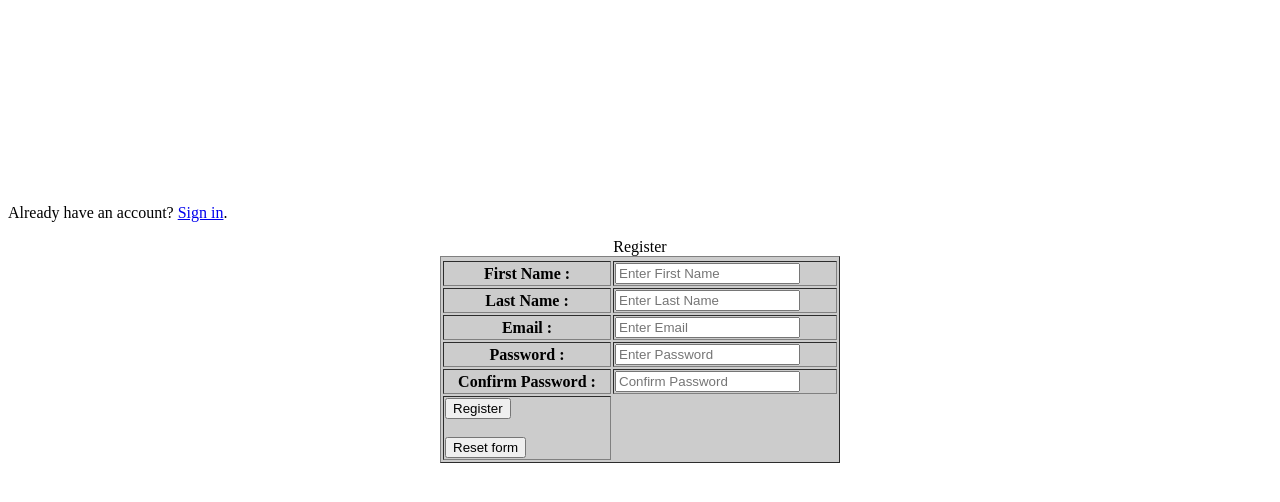
Repository: 1919satya/Mode2
Page: sample/sample/WebContent/sample.html
The author's editor kept a copy of each file at every save. The page is drawn from the files as they stood at one save, then again after the next save.
The browser window is 1280 px wide. The pictures show the whole page.

Above is the page before, as saved 2019-10-09 10:16:27.

### sample/sample/WebContent/sample.html
<!DOCTYPE html>
<html>
<head>
<meta charset="ISO-8859-1">
<title>Insert title here</title>
</head>
<body>

<form >
<div class="container">
<table border="1" align="center" width="400" bgcolor="#CCCCCC" >

  <tr>
    <caption>Register</caption>
    <th>First Name :</th>
   <td><input type="text" placeholder="Enter First Name" name="firstName"  required></td><br/><br/>
   </tr>

   <tr>
    <th>Last Name :</th>
    <td><input type="text" placeholder="Enter Last Name" name="lastName" required></td> <br/><br/>
    </tr>

    <tr>
    <th>Email :</th>
   <td><input type="text" placeholder="Enter Email" name="email" required></td> <br/><br/>
   </tr>

<tr>
    <th>Password :</th>
    <td><input type="password" placeholder="Enter Password" name="psw" required></td> <br/><br/>
    </tr>

    <tr>
    <th>Confirm Password :</th>
    <td><input type="password" placeholder="Confirm Password" name="psw-repeat" required></td> <br/><br/>
   </tr>
   <tr>
   <center>
    <td><button type="submit" class="registerbtn">Register</button> <br/><br/>
    <button type="reset" >Reset form</button></td>
    </center>
    </tr>

  </div>

  <div class="container signin">
    <p>Already have an account? <a href="#">Sign in</a>.</p>
  </div>
</form>
</table>
</body>
</html>

After the next save:
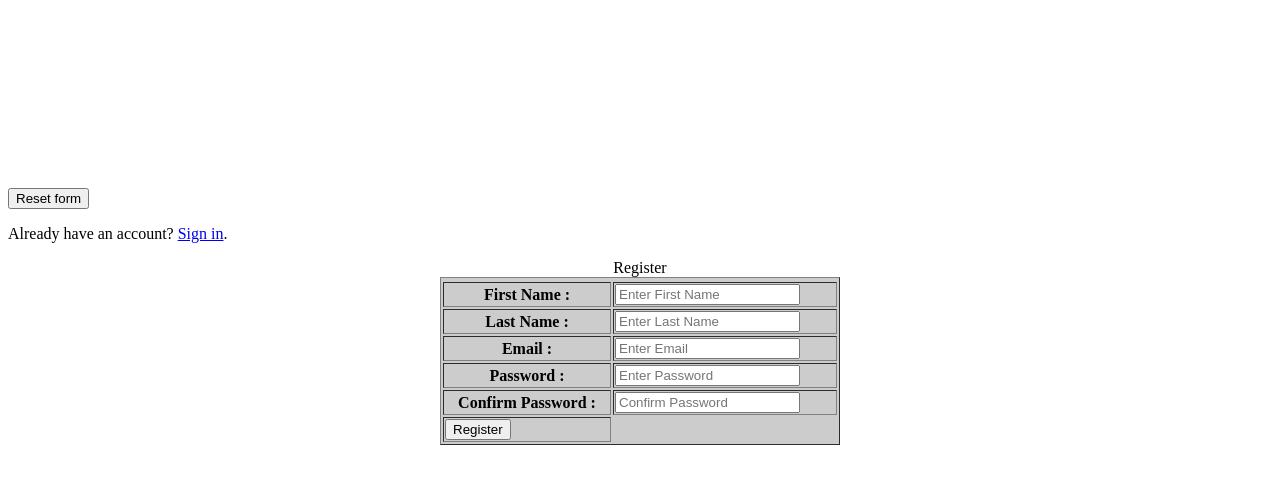
Saved 13 s later.
--- a/sample/sample/WebContent/sample.html
+++ b/sample/sample/WebContent/sample.html
@@ -37,7 +37,7 @@
    </tr>
    <tr>
    <center>
-    <td><button type="submit" class="registerbtn">Register</button> <br/><br/>
+    <td><button type="submit" class="registerbtn">Register</button></td>
     <button type="reset" >Reset form</button></td>
     </center>
     </tr>
